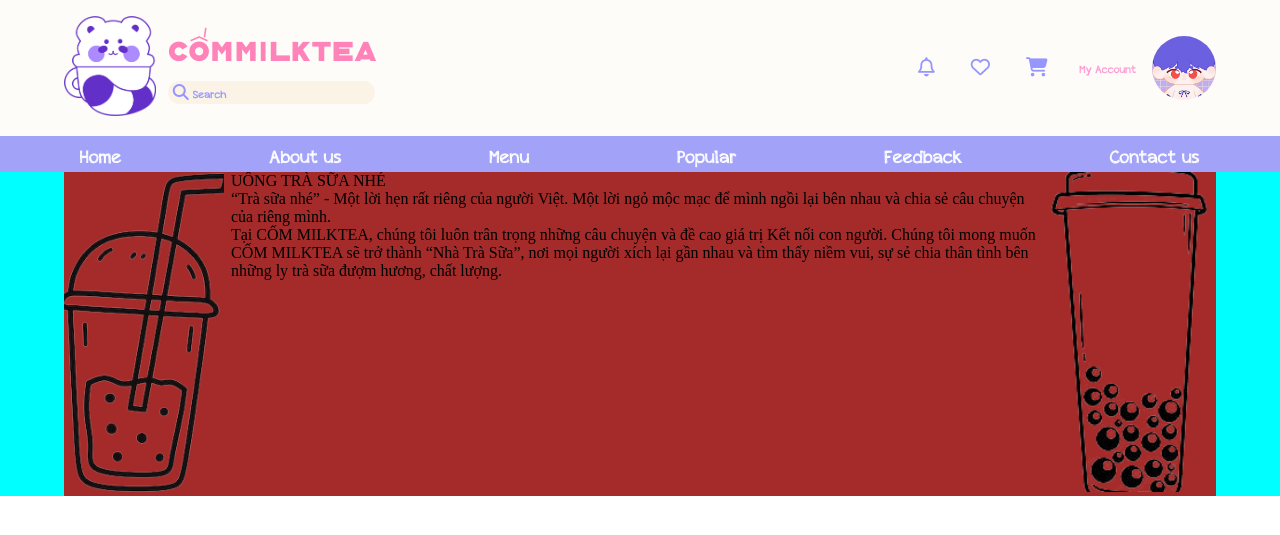
Repository: khangnguyencc/ComMilkTea
Page: HTML/ABOUTUS.html
These files come from the project's save history. The page is drawn as it stood at one moment and after a run of saves; the edit follows.
The browser window is 1280 px wide. The pictures show the whole page.
Some web libraries are served in a nearby version.

Above is the page before, as saved 2023-11-10 22:13:25.
Console error: ReferenceError: AOS is not defined

After the next 8 saves:
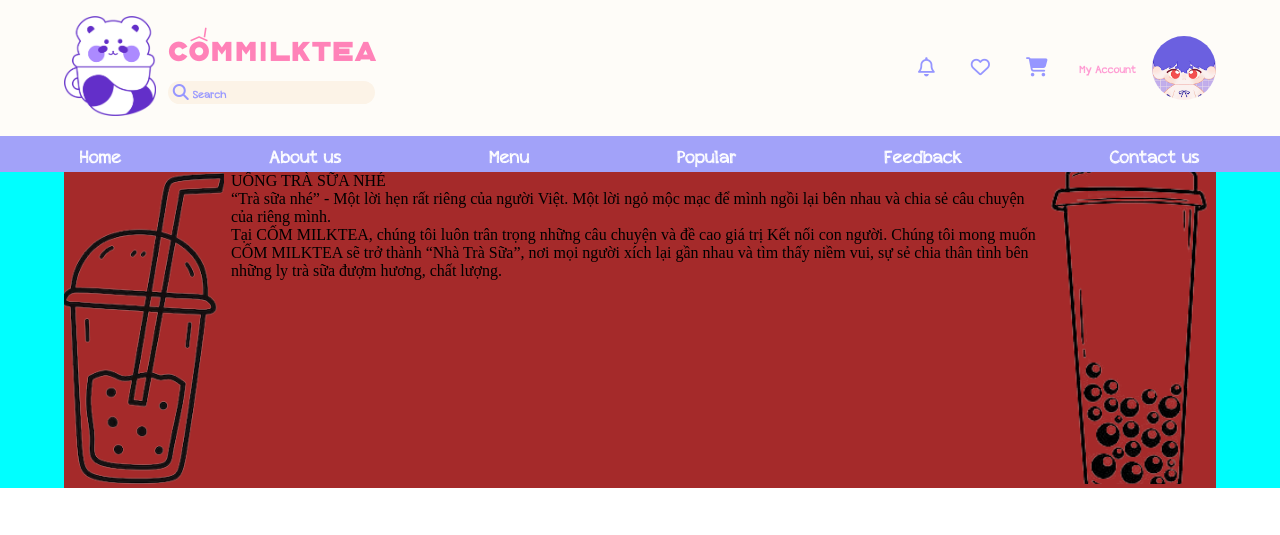
The 8 saves are shown as one change because they came seconds apart.
The last was saved 25 s later.
--- a/CSS/ABOUTUS.css
+++ b/CSS/ABOUTUS.css
@@ -21,6 +21,6 @@
 }
 .sec-9 .ar-9 .milktea-drink .milktea-img img{
     width: 10rem;
-    height: 20rem;
+    height:19.5rem;
     object-fit: cover;
 }

After the save that followed:
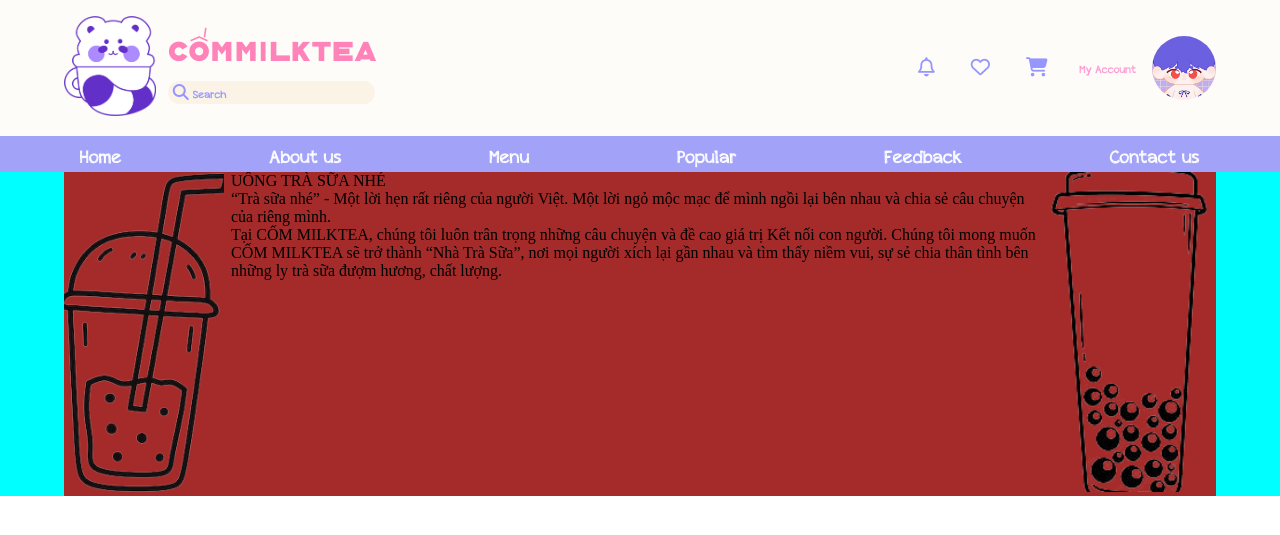
Saved 4 s later.
--- a/CSS/ABOUTUS.css
+++ b/CSS/ABOUTUS.css
@@ -21,6 +21,6 @@
 }
 .sec-9 .ar-9 .milktea-drink .milktea-img img{
     width: 10rem;
-    height:19.5rem;
+    height: 20rem;
     object-fit: cover;
 }
